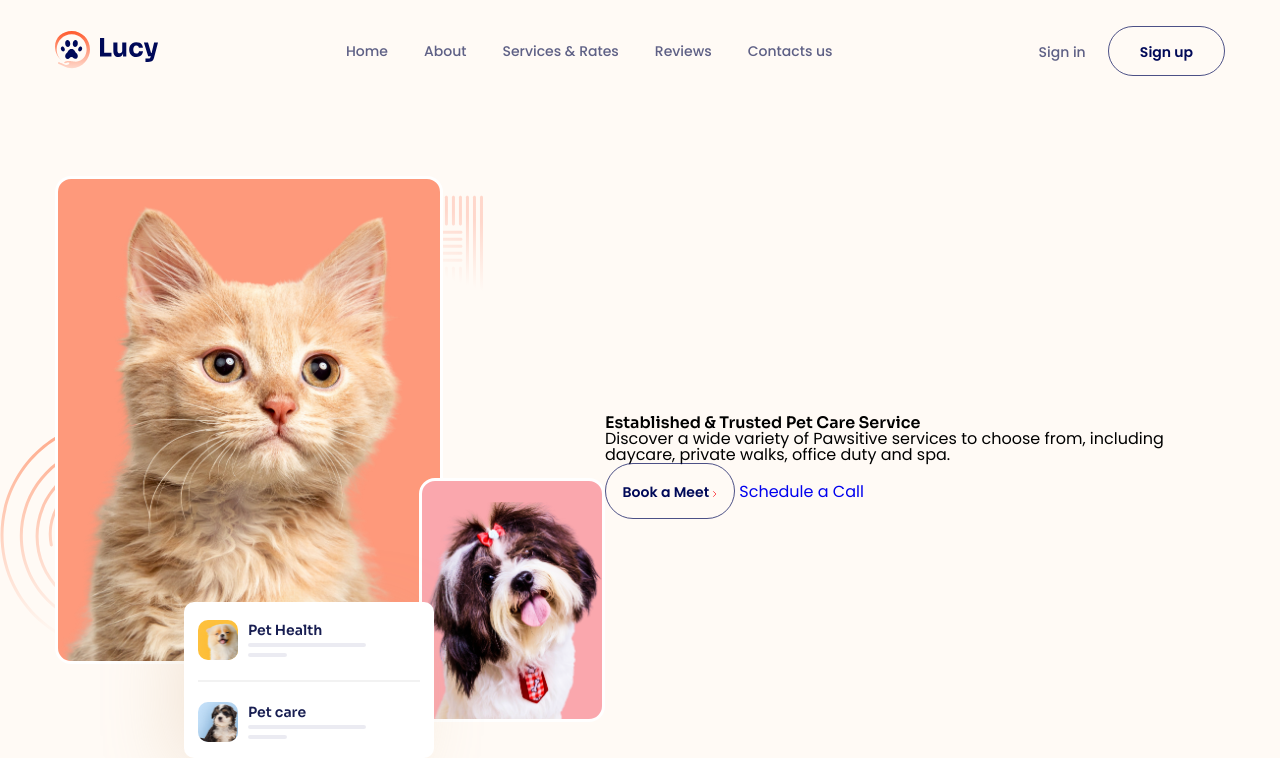
Repository: empty24062002/f8-project-05
Page: index.html
The author's editor kept a copy of each file at every save. The page is drawn from the files as they stood at one save, then again after the next save.
The browser window is 1280 px wide. The pictures show the whole page.

Above is the page before, as saved 2023-09-09 18:13:42.

After the next save:
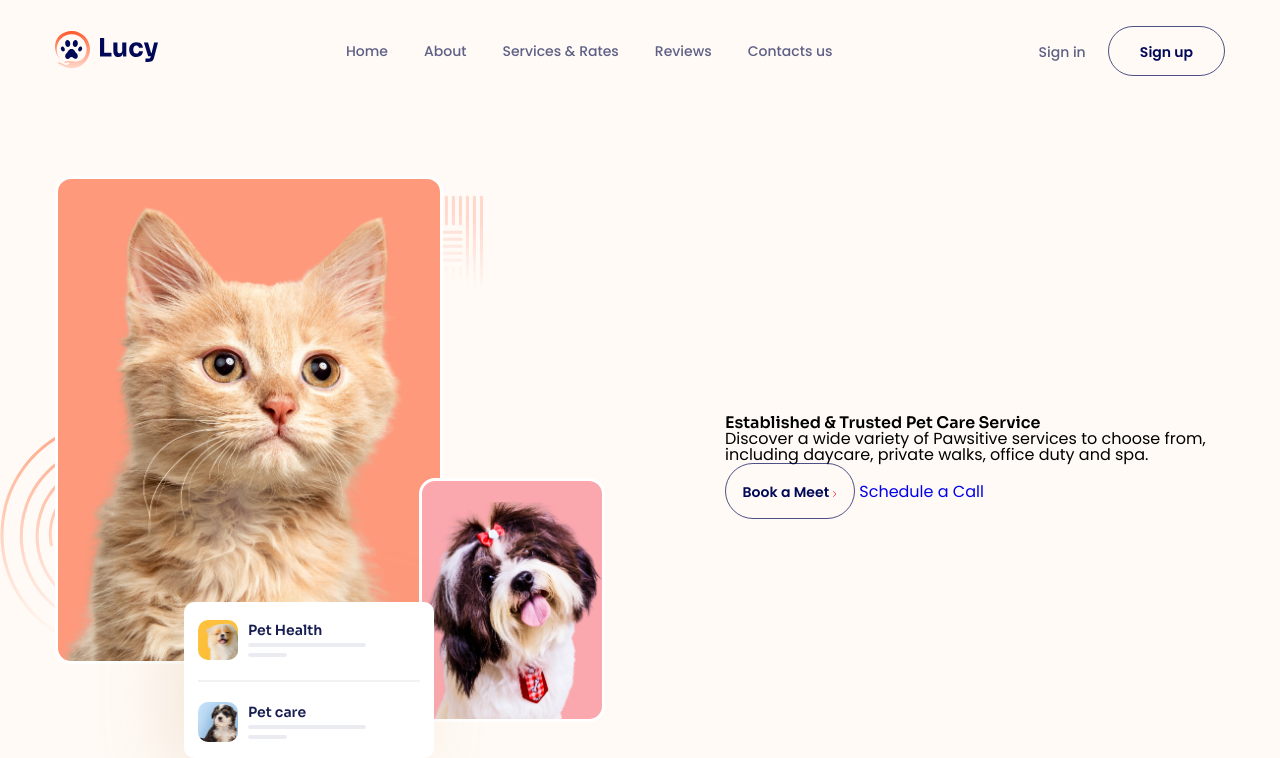
Saved 71 s later.
--- a/assets/css/styles.css
+++ b/assets/css/styles.css
@@ -69,7 +69,6 @@ a {
     display: flex;
     justify-content: space-between;
     align-items: center;
-    column-gap: 120px;
 }
 
 .navbar__list {
@@ -105,6 +104,7 @@ a {
     display: flex;
     justify-content: space-between;
     align-items: center;
+    column-gap: 120px;
 }
 
 .hero__media {
